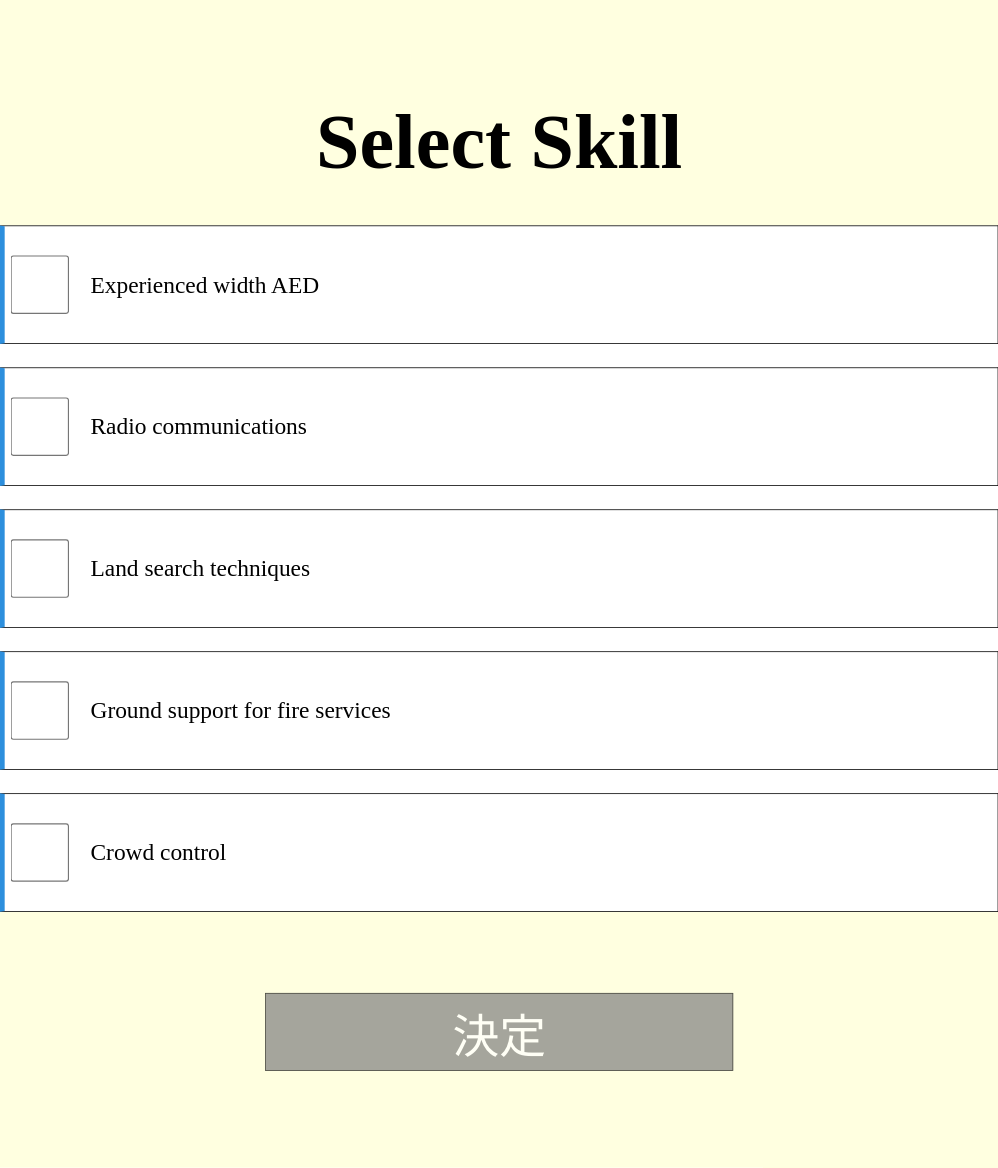
Repository: KittichoteKamalapirat/EMS-management-system
Page: skills.html
The author's editor kept a record of every edit. The page is drawn from the files as they stood at one moment, then again after the next edit.
The browser window is 1280 px wide. The pictures show the whole page, at 78% of full size.
Some web libraries are served in a nearby version.

Above is the page before.

### skills.html
<!DOCTYPE html>
<html>
  <head>
    　<meta charset = "utf-8">
      <link rel="stylesheet" href="/css/index.css" type="text/css" />
      <title>index</title>
      <script src="https://use.fontawesome.com/804afe4c6e.js"></script>
  </head>
  <body>
    <header>
      <div class = "select-skill">Select Skill</div>
    </header>
  <div class="scrollWrap">
  <div class="scrollContent">
    <ul>
      <li><input type="checkbox">Experienced width AED</li>
      <li><input type="checkbox">Radio communications</li>
      <li><input type="checkbox">Land search techniques</li>
      <li><input type="checkbox">Ground support for fire services</li>
      <li><input type="checkbox">Crowd control</li>
    </ul>
  </div>
</div>


  <a href="/loading">
　  <input id = "decide" type="submit" value="決定">
　</a>


</body>

</html>

### public/css/index.css
body {
  background: #FFFFE0;
}

  /* Always set the map height explicitly to define the size of the div
       * element that contains the map. */
      #map {
        height: 100%;
      }
      /* Optional: Makes the sample page fill the window. */
      html, body {
        height: 100%;
        margin: 0;
        padding: 0;
      }


/*modal box*/

.bg-modal {
  width:100%;
  height: 100%;
  background-color: rgba(0, 0, 0, 0.8);
  position: absolute;
  top: 0;
  display: none;
  justify-content: center;
  align-items: center; }


.bg-modal .close {
  position: absolute;
  font-size: 3rem;
　right: 1rem;
  top: 0, 5rem;
  transform: rotate(45deg);
  cursor: pointer; }


.box{
  display: grid¥;
  justify-content: center;
  margin: 0 auto;
  padding: 5rem;
  width: 50%;
  background-color: white;
  position: relative;
 }

 /*html1について*/
.header {
  height: 100px;
  width:100%;
  gackgroud: #E9967A;
}
.splet-boxes {
  margin-top: 350px;
}

.left-box {
  margin-left:5%;
  font-size: 80px;
  float: left;
  width:40%;
  text-align: center;
  height: 600px;
  line-height: 600px;
  cursor: pointer;
}
p {
  font-weight: bold;
  border-radius: 4px;
  border: 2px solid black;
}

.right-box {
  margin-right:5%;
  font-size: 80px;
  float: right;
  width:40%;
  text-align: center;
  height: 600px;
  line-height: 600px;
  cursor: pointer;
}
.left-box p:hover {
  background: #FF0000;
  opacity: 0.7;
}
.right-box p:hover {
  background: #66FF99;
  opacity: 0.7;
}


/*html２について*/
.select-skill {
  font-size: 100px;
  text-align: center;
  font-weight: bold;
  margin-top: 100px;
}
li > input {
  position:relative;
   width: 50px;
   height:50px;
  float: left;
  margin: 50px 40px 0 20px;
  transform:scale(1.5);
}

.scrollWrap {
  width: 100%;
  margin: 0px auto;
  overflow: auto;
}
.scrollContent ul {
  margin-top: 50px;
  list-style: none;
  background: white;
  padding: 0;
  position: relative;
}
.scrollContent ul li {
  margin-bottom: 30px;
  font-size: 30px;
  height: 150px;
  line-height: 150px;
  border:1px solid black;
  border-left: solid 6px #2d8fdd;
  position: relative;
}
.selected {
  background: #FFDDFF;
  opacity: 0.5;
}
/*スクロールバーの幅*/
::-webkit-scrollbar {
    width: 6px;
}
/*スクロールバーのレール*/
::-webkit-scrollbar-track {
  border-radius: 30px;
  background: #eee;
}
/*スクロールバーのつまみ*/
::-webkit-scrollbar-thumb {
  border-radius: 30px;
  background: #81D4FA;
}

a {
  text-decoration: none;
}

#decide {
  margin:50px auto 100px;
  font-size: 60px;
  width: 600px;
  height:100px;
  text-align: center;
  border: 1px solid black;
  display: block;
  color: white;
  background: #808080;
  opacity: 0.7;
　font-size: 70px;
　border-radius: 10px;
　text-align: center;
　line-height: 100px;
}


/*html3について*/
h2 {
  text-align: center;
  font-size: 100px;
}
.loading {
  margin-top: 300px;
}

.icon {
  margin: 0 auto;
  width: 100%;
  text-align: center;
  font-size: 100px;
  transition: .4s;
}
.wait {
  margin-top: 0;
}
.thanks {
  margin: 0 auto;
  width: 100%;
  text-align: center;
  font-size: 100px;
  transition: .4s;
}

.container{
    margin: 0 auto;
    text-align:center;
}
.can {
  margin-top: 300px;
}

#loading{
    margin: 0 auto;
    display: block;
    width: 400px;
}

.go {
  text-decoration: none;
  text-align: center;
  font-size: 50px;
  border:1px solid black;
  border-radius: 5px;
  display: block;
  color:white;
  background: #808080;
  width:600px;
  height: 100px;
  line-height: 100px;
  opacity: 0.7;
}

After the next edit:
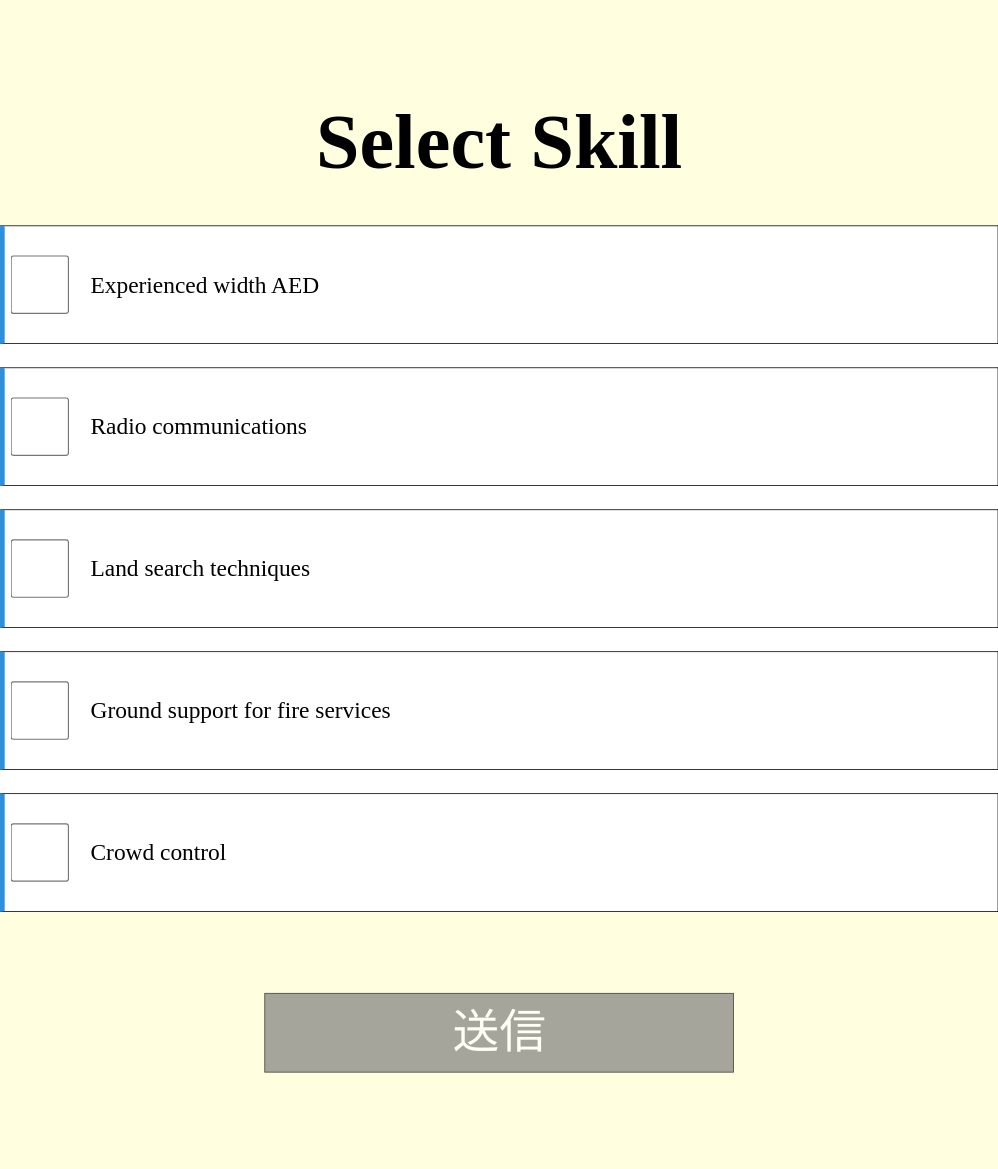
The edit:
--- a/skills.html
+++ b/skills.html
@@ -24,7 +24,7 @@
 
 
   <a href="/loading">
-　  <input id = "decide" type="submit" value="決定">
+　  <div id = "decide" >送信</div>
 　</a>
 
 
